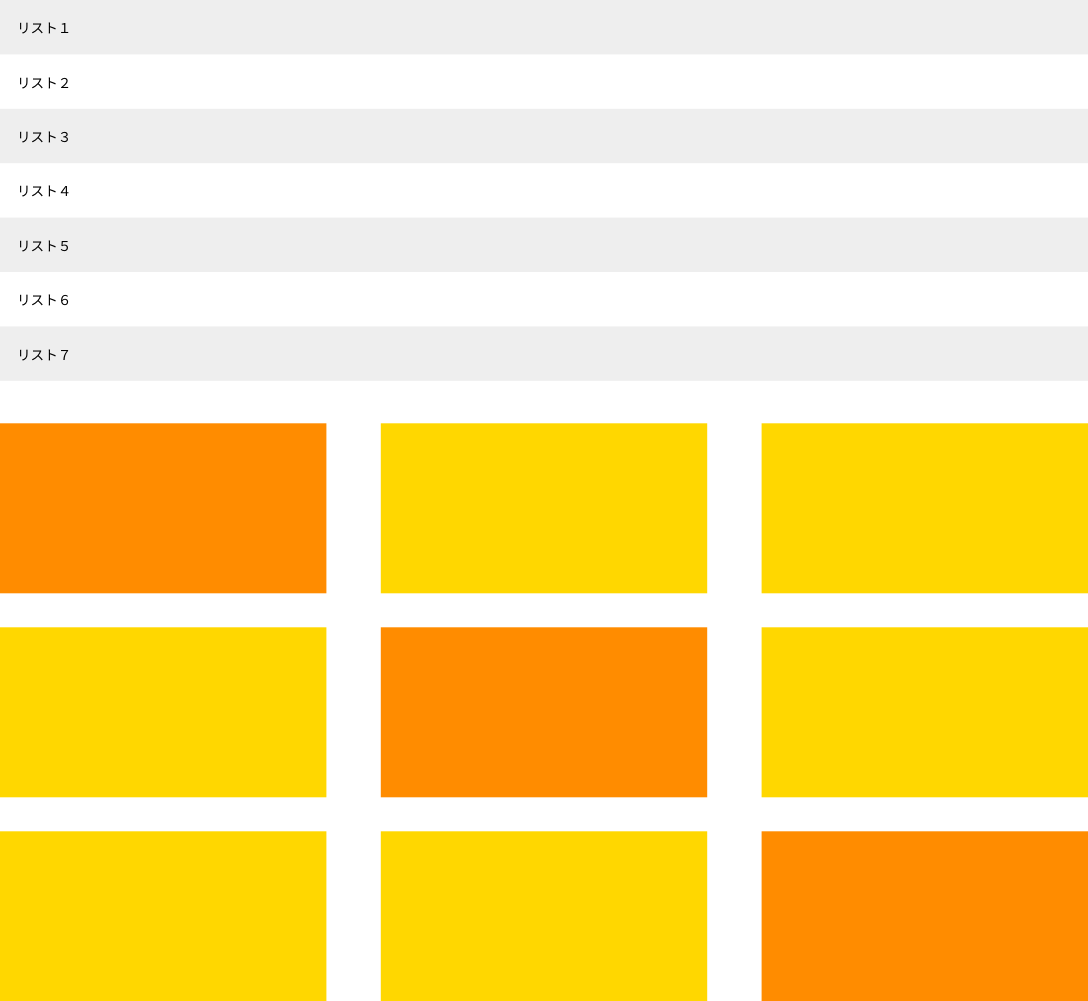
Repository: TKCitoh/html-5-
Page: html 8章/index.html
The author's editor kept a record of every edit. The page is drawn from the files as they stood at one moment, then again after the next edit.
The browser window is 1280 px wide. The pictures show the whole page, at 85% of full size.

Above is the page before.

After the next edit:
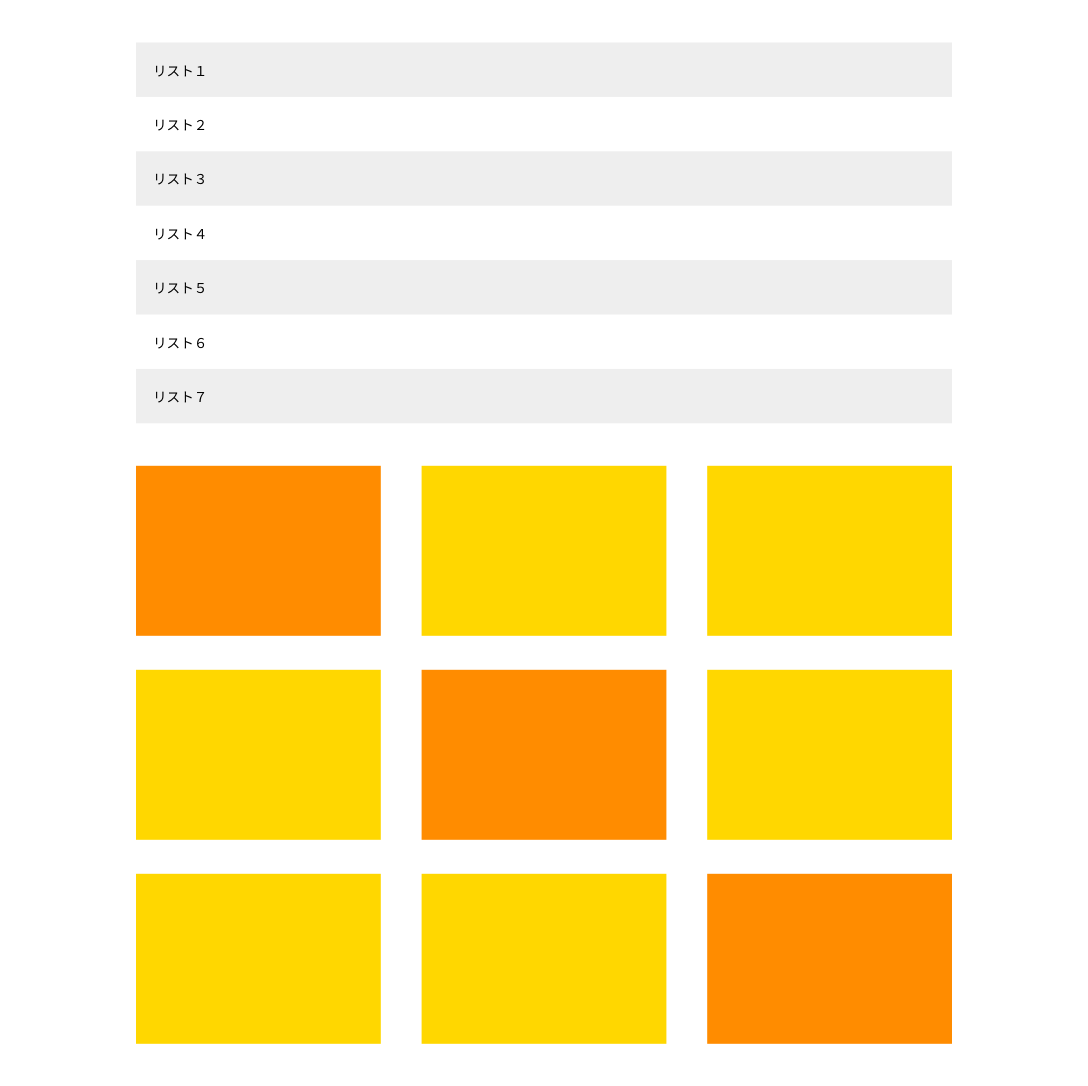
The edit:
--- a/html 8章/style.css
+++ b/html 8章/style.css
@@ -5,7 +5,7 @@
   box-sizing: border-box;
 }
 
-.main {
+main {
   width: 960px;
   margin: 50px auto;
 }
